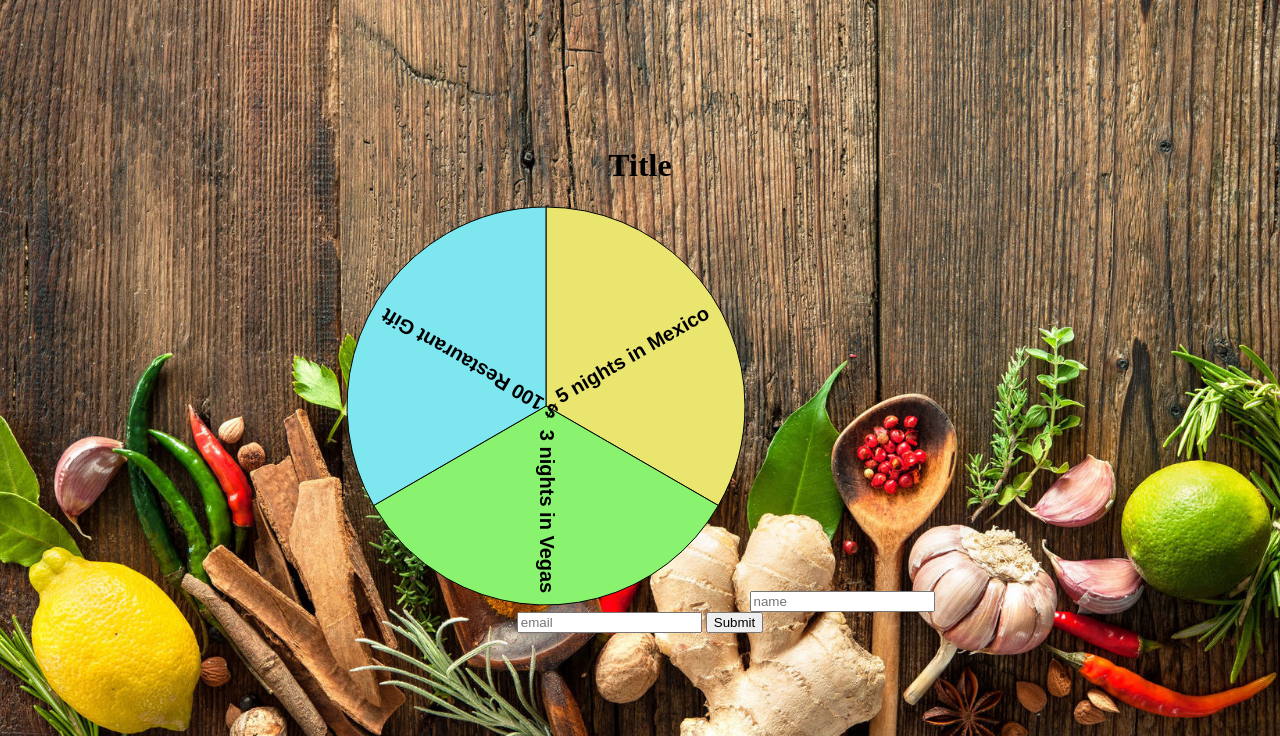
Repository: 43320888/upwork
Page: index.html
The author's editor kept a copy of each file at every save. The page is drawn from the files as they stood at one save, then again after the next save.
The browser window is 1280 px wide. The pictures show the whole page.

Above is the page before, as saved 2019-01-16 20:50:44.

After the next save:
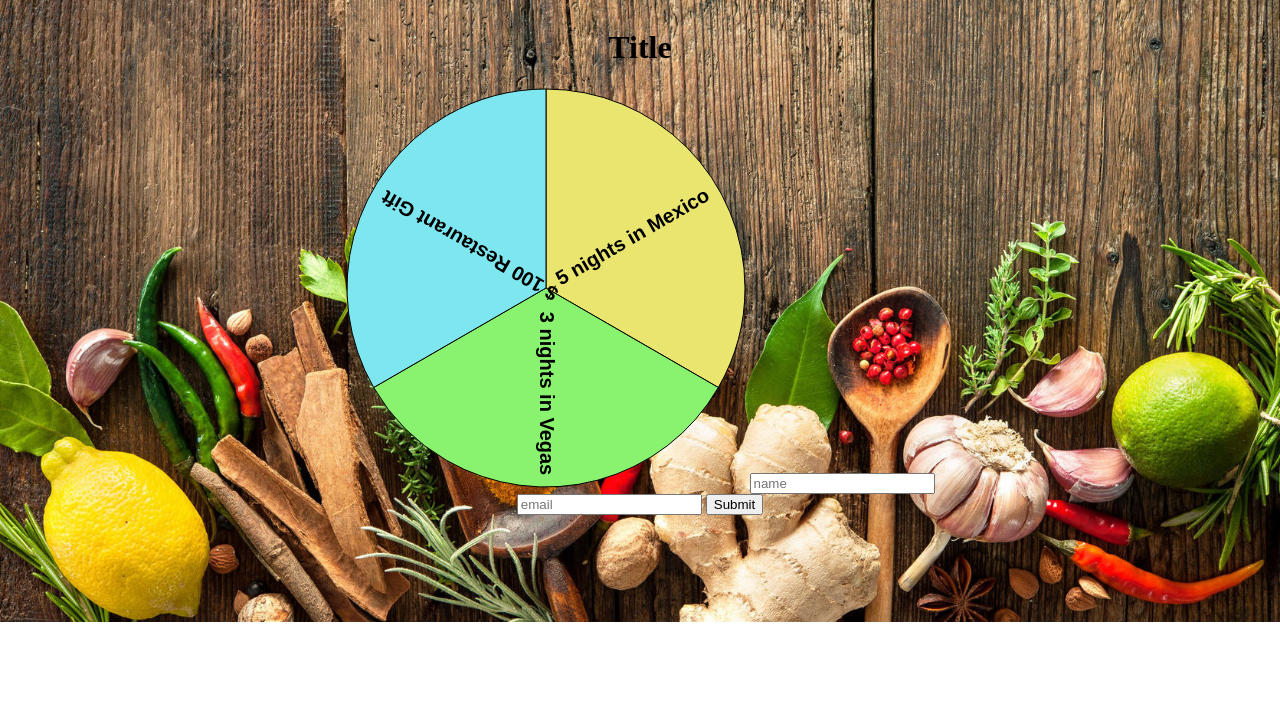
Saved 11 s later.
--- a/script.js
+++ b/script.js
@@ -16,5 +16,5 @@
 	document.getElementsByClassName('spin-table')[0].style.height = `${document.documentElement.clientHeight}px`;
 	document.getElementsByClassName('spin-table')[0].firstElementChild.style.marginTop = `${document.getElementsByClassName('spin-table')[0].clientHeight / 2 - document.getElementsByClassName('spin-table')[0].firstElementChild.clientHeight / 2}px`;
 }
-alignContent();
+// alignContent();
 window.onresize = alignContent;

After the save that followed:
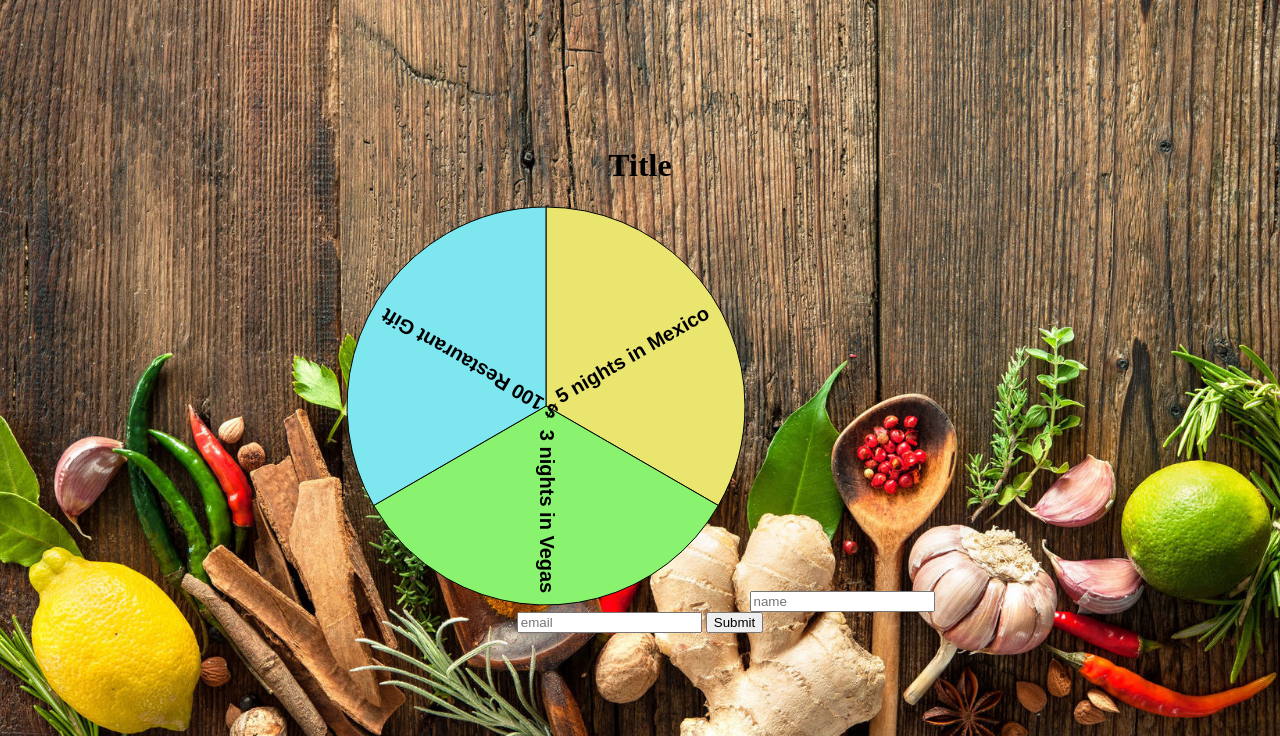
Saved 11 s later.
--- a/script.js
+++ b/script.js
@@ -16,5 +16,5 @@
 	document.getElementsByClassName('spin-table')[0].style.height = `${document.documentElement.clientHeight}px`;
 	document.getElementsByClassName('spin-table')[0].firstElementChild.style.marginTop = `${document.getElementsByClassName('spin-table')[0].clientHeight / 2 - document.getElementsByClassName('spin-table')[0].firstElementChild.clientHeight / 2}px`;
 }
-// alignContent();
+alignContent();
 window.onresize = alignContent;
